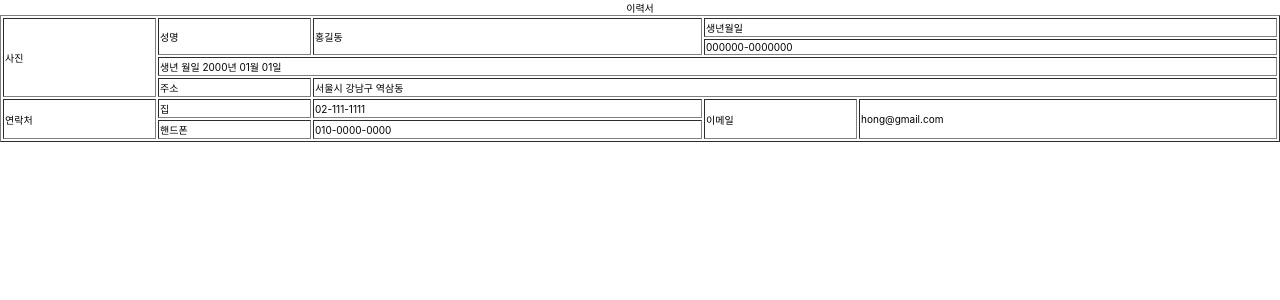
Repository: jiyeonyun/Resume
Page: / (app in resumes/)
These files come from the project's save history. The page is drawn as it stood at one moment and after the next save; the edit follows.
The browser window is 1280 px wide. The pictures show the whole page.
The project was rebuilt for these pictures with package versions that can differ from the ones it lists, and the page was loaded fresh each time. Also part of the build but not shown: resumes/src/data/edudata.js, resumes/src/components/educationalHIstory/educational.jsx, resumes/src/components/footer/footer.jsx.

Above is the page before, as saved 2022-05-25 15:36:22.

After the next save:
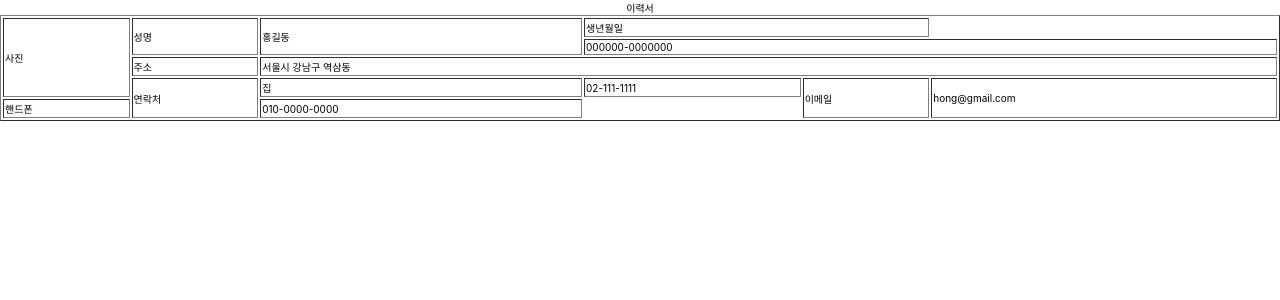
Saved 6 s later.
--- a/resumes/src/components/personalInfo/personalInfo.jsx
+++ b/resumes/src/components/personalInfo/personalInfo.jsx
@@ -13,9 +13,7 @@
       <tr>
         <td colspan="4">000000-0000000</td>
       </tr>
-      <tr>
-        <td colspan="4">생년 월일 2000년 01월 01일</td>
-      </tr>
+
       <tr>
         <td>주소</td>
         <td colspan="4">서울시 강남구 역삼동</td>

After the save that followed:
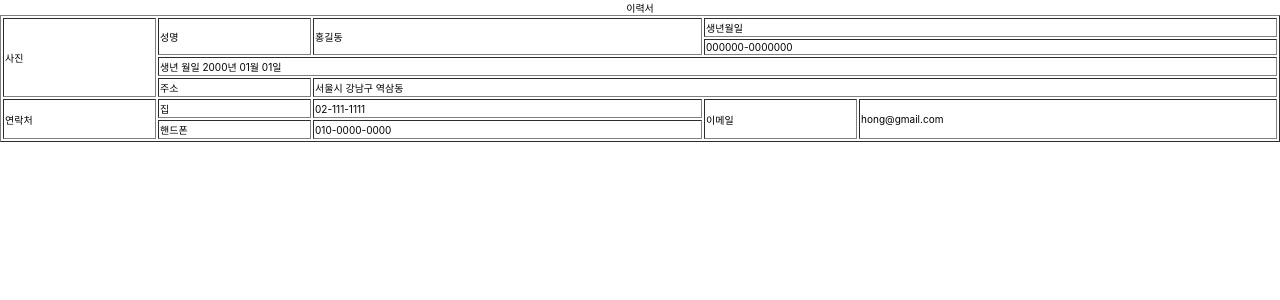
Saved 21 s later.
--- a/resumes/src/components/personalInfo/personalInfo.jsx
+++ b/resumes/src/components/personalInfo/personalInfo.jsx
@@ -13,7 +13,9 @@
       <tr>
         <td colspan="4">000000-0000000</td>
       </tr>
-
+      <tr>
+        <td colspan="4">생년 월일 2000년 01월 01일</td>
+      </tr>
       <tr>
         <td>주소</td>
         <td colspan="4">서울시 강남구 역삼동</td>
